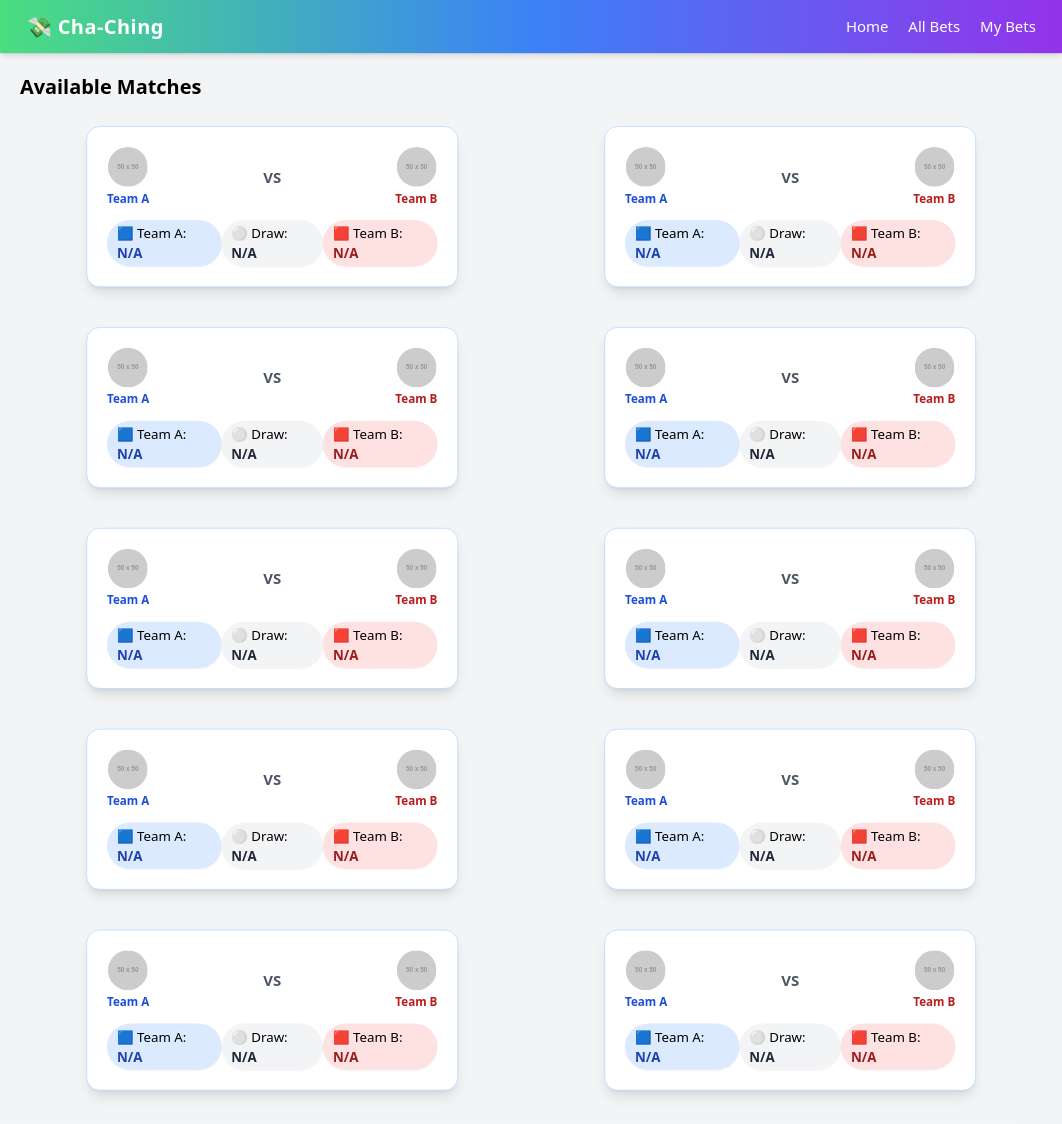
Repository: PEEZYBEE/cha-ching
Page: /bets
An editor plug-in stored every save of this project. The page is shown before and after a run of saves, followed by the edit.
The browser window is 1280 px wide. The pictures show the whole page, at 83% of full size.
The project was rebuilt for these pictures with package versions that can differ from the ones it lists, and the page was loaded fresh each time. Requests to the local data server were answered from the project's data file. Also part of the build but not shown: vite.config.js, src/pages/HomePage.jsx, src/components/BetForm.jsx, src/pages/MyBetsPage.jsx, src/pages/ResultsPage.jsx.

Above is the page before, as saved 2025-04-20 03:20:59.

### index.html
<!doctype html>
<html lang="en">
  <head>
    <meta charset="UTF-8" />
    <link rel="icon" type="image/svg+xml" href="https://i.pinimg.com/236x/50/70/9f/50709f03061276eef65dc2b662e76530.jpg" />
    <meta name="viewport" content="width=device-width, initial-scale=1.0" />
    <title>cha-ching</title>
  </head>
  <body>
    <div id="root"></div>
    <script type="module" src="/src/main.jsx"></script>
  </body>
</html>

### src/main.jsx
import { StrictMode } from "react"
import { createRoot } from "react-dom/client"
import { BrowserRouter } from "react-router-dom"
import App from "./App"
import "./index.css"

createRoot(document.getElementById("root")).render(
  <StrictMode>
    <BrowserRouter>
      <App />
    </BrowserRouter>
  </StrictMode>
)

### src/App.jsx
import { useState } from "react";
import { Routes, Route } from "react-router-dom";
import Navbar from "./components/Navbar";
import HomePage from "./pages/HomePage";
import BetsPage from "./pages/BetsPage";
import MyBetsPage from "./pages/MyBetsPage";
import ResultsPage from "./pages/ResultsPage";
import { ToastContainer } from "react-toastify";
import "react-toastify/dist/ReactToastify.css";


export default function App() {
  const [myBets, setMyBets] = useState([]);

  function handlePlaceBet(bet) {
    setMyBets((prevBets) => [...prevBets, bet]);
  }

  return (
    <div className="min-h-screen bg-gray-100">
      <Navbar />
      <div className="p-6">
        <Routes>
          <Route path="/" element={<HomePage />} />
          <Route path="/bets" element={<BetsPage onPlaceBet={handlePlaceBet} />} />
          <Route path="/my-bets" element={<MyBetsPage myBets={myBets} />} />
          <Route path="/results" element={<ResultsPage />} />
        </Routes>
        <ToastContainer position="top-right" autoClose={3000} />
      </div>
    </div>
  );
}

### src/components/Navbar.jsx
import { Link } from "react-router-dom";
import { motion } from "framer-motion";

export default function Navbar() {
  return (
    <motion.nav
      initial={{ y: -80 }}
      animate={{ y: 0 }}
      transition={{ type: "spring", stiffness: 80 }}
      className="sticky top-0 z-50 bg-gradient-to-r from-green-400 via-blue-500 to-purple-600 backdrop-blur-sm bg-opacity-80 shadow-md"
    >
      <div className="max-w-7xl mx-auto px-4 sm:px-6 lg:px-8 py-4 flex items-center justify-between text-white">
        {/* Logo */}
        <motion.div
          initial={{ rotate: -10 }}
          animate={{ rotate: 0 }}
          transition={{ type: "spring", stiffness: 200 }}
          className="text-2xl font-extrabold tracking-wide"
        >
          💸 Cha-Ching
        </motion.div>

        {/* Links */}
        <div className="flex space-x-6 text-lg font-medium">
          <NavItem to="/" text="Home" />
          <NavItem to="/bets" text="All Bets" />
          <NavItem to="/my-bets" text="My Bets" />
        </div>
      </div>
    </motion.nav>
  );
}

function NavItem({ to, text }) {
  return (
    <motion.div
      whileHover={{ scale: 1.1 }}
      whileTap={{ scale: 0.95 }}
      className="transition-all duration-200"
    >
      <Link
        to={to}
        className="hover:text-yellow-300 hover:underline underline-offset-4"
      >
        {text}
      </Link>
    </motion.div>
  );
}

### src/pages/BetsPage.jsx
import { useState, useEffect } from "react";
import MatchCardFixed from "../components/MatchCardFixed";
import BetForm from "../components/BetForm";

export default function BetsPage() {
  const [games, setGames] = useState([]);
  const [selectedGame, setSelectedGame] = useState(null);

  useEffect(() => {
    fetch("http://localhost:3000/games")
      .then((r) => r.json())
      .then(setGames);
  }, []);

  function handlePlaceBet(game) {
    setSelectedGame(game);
  }

  function handleSubmitBet(newBet) {
    fetch("http://localhost:3000/bets", {
      method: "POST",
      headers: { "Content-Type": "application/json" },
      body: JSON.stringify(newBet)
    })
      .then((r) => r.json())
      .then(() => {
        setSelectedGame(null); // closes form
        alert("Bet submitted successfully!");
      })
      .catch((err) => {
        console.error("Failed to submit bet:", err);
        alert("Something went wrong submitting the bet.");
      });
  }

  return (
    <div>
      <h2 className="text-2xl font-bold mb-4">Available Matches</h2>

      {selectedGame && (
        <BetForm game={selectedGame} onSubmitBet={handleSubmitBet} />
      )}

      <div className="grid grid-cols-1 md:grid-cols-2 gap-4">
        {games.map((game) => (
          <MatchCardFixed key={game.id} match={game} onSelect={handlePlaceBet} />

        ))}
      </div>
    </div>
  );
}

### src/components/MatchCardFixed.jsx
import React from "react";

const placeholderLogo = "https://via.placeholder.com/50";

export default function MatchCardFixed({ match, onSelect }) {
  console.log("MatchCard received:", match); // Debug log

  if (!match || typeof match !== "object") {
    return (
      <div className="p-4 bg-red-100 text-red-700 rounded-xl shadow text-center max-w-md mx-auto my-4">
        ⚠️ Invalid match data
      </div>
    );
  }

  const {
    id,
    team1 = "Team A",
    team2 = "Team B",
    odds = { team1: "N/A", draw: "N/A", team2: "N/A" },
    team1Logo,
    team2Logo,
  } = match;

  return (
    <div
      className="bg-white rounded-2xl p-6 shadow-lg border border-blue-200 transition-all duration-300 hover:scale-105 hover:shadow-xl cursor-pointer max-w-md mx-auto my-4"
      onClick={() => onSelect?.(match)}
    >
      {/* Header */}
      <div className="flex items-center justify-between mb-4">
        {/* Team 1 */}
        <div className="flex flex-col items-center">
          <img
            src={team1Logo || placeholderLogo}
            alt={team1}
            className="w-12 h-12 rounded-full mb-1"
          />
          <p className="text-sm font-semibold text-blue-700">{team1}</p>
        </div>

        {/* VS */}
        <div className="text-lg font-bold text-gray-600">VS</div>

        {/* Team 2 */}
        <div className="flex flex-col items-center">
          <img
            src={team2Logo || placeholderLogo}
            alt={team2}
            className="w-12 h-12 rounded-full mb-1"
          />
          <p className="text-sm font-semibold text-red-700">{team2}</p>
        </div>
      </div>

      {/* Odds */}
      <div className="flex justify-around text-sm sm:text-base">
        <div className="bg-blue-100 px-3 py-1 rounded-full font-medium shadow-sm">
          🟦 {team1}: <span className="font-semibold text-blue-800">{odds.team1}</span>
        </div>
        <div className="bg-gray-100 px-3 py-1 rounded-full font-medium shadow-sm">
          ⚪ Draw: <span className="font-semibold text-gray-800">{odds.draw}</span>
        </div>
        <div className="bg-red-100 px-3 py-1 rounded-full font-medium shadow-sm">
          🟥 {team2}: <span className="font-semibold text-red-800">{odds.team2}</span>
        </div>
      </div>
    </div>
  );
}

### db.json
{
  "games": [
    {
      "id": "1",
      "homeTeam": "Arsenal",
      "homeTeamLogo": "https://upload.wikimedia.org/wikipedia/en/5/53/Arsenal_FC.svg",
      "awayTeam": "Man City",
      "awayTeamLogo": "https://upload.wikimedia.org/wikipedia/en/e/eb/Manchester_City_FC_badge.svg",
      "homeOdds": 2.5,
      "awayOdds": 1.8,
      "drawOdds": 3.1,
      "result": "away"
    },
    {
      "id": "2",
      "homeTeam": "Liverpool",
      "homeTeamLogo": "https://upload.wikimedia.org/wikipedia/en/0/0c/Liverpool_FC.svg",
      "awayTeam": "Chelsea",
      "awayTeamLogo": "https://upload.wikimedia.org/wikipedia/en/c/cc/Chelsea_FC.svg",
      "homeOdds": 2.3,
      "awayOdds": 2,
      "drawOdds": 3.2,
      "result": null
    },
    {
      "id": "3",
      "homeTeam": "Barcelona",
      "homeTeamLogo": "https://upload.wikimedia.org/wikipedia/en/4/47/FC_Barcelona_%28crest%29.svg",
      "awayTeam": "Real Madrid",
      "awayTeamLogo": "https://upload.wikimedia.org/wikipedia/en/5/56/Real_Madrid_CF.svg",
      "homeOdds": 2.7,
      "awayOdds": 2.4,
      "drawOdds": 3,
      "result": "away"
    },
    {
      "id": "4",
      "homeTeam": "Bayern Munich",
      "homeTeamLogo": "https://upload.wikimedia.org/wikipedia/en/1/1f/FC_Bayern_M\u00fcnchen_logo_%282017%29.svg",
      "awayTeam": "Borussia Dortmund",
      "awayTeamLogo": "https://upload.wikimedia.org/wikipedia/commons/6/67/Borussia_Dortmund_logo.svg",
      "homeOdds": 1.9,
      "awayOdds": 2.9,
      "drawOdds": 3.3,
      "result": "draw"
    },
    {
      "id": "5",
      "homeTeam": "PSG",
      "homeTeamLogo": "https://upload.wikimedia.org/wikipedia/en/a/a7/Paris_Saint-Germain_F.C..svg",
      "awayTeam": "Marseille",
      "awayTeamLogo": "https://upload.wikimedia.org/wikipedia/en/f/fd/Olympique_Marseille_logo.svg",
      "homeOdds": 1.8,
      "awayOdds": 3.2,
      "drawOdds": 3.5,
      "result": "home"
    },
    {
      "id": "6",
      "homeTeam": "Inter Milan",
      "homeTeamLogo": "https://upload.wikimedia.org/wikipedia/en/0/05/FC_Internazionale_Milano_2021.svg",
      "awayTeam": "AC Milan",
      "awayTeamLogo": "https://upload.wikimedia.org/wikipedia/commons/d/d0/Logo_of_AC_Milan.svg",
      "homeOdds": 2.1,
      "awayOdds": 2.5,
      "drawOdds": 3.1,
      "result": null
    },
    {
      "id": "7",
      "homeTeam": "Juventus",
      "homeTeamLogo": "https://upload.wikimedia.org/wikipedia/commons/1/15/Juventus_FC_2017_logo.svg",
      "awayTeam": "Napoli",
      "awayTeamLogo": "https://upload.wikimedia.org/wikipedia/commons/2/2d/SSC_Napoli.svg",
      "homeOdds": 2.4,
      "awayOdds": 2.6,
      "drawOdds": 3,
      "result": null
    },
    {
      "id": "8",
      "homeTeam": "Ajax",
      "homeTeamLogo": "https://upload.wikimedia.org/wikipedia/en/7/79/Ajax_Amsterdam.svg",
      "awayTeam": "Feyenoord",
      "awayTeamLogo": "https://upload.wikimedia.org/wikipedia/en/2/2e/Feyenoord_Logo.svg",
      "homeOdds": 2.2,
      "awayOdds": 2.8,
      "drawOdds": 3.4,
      "result": null
    },
    {
      "id": "9",
      "homeTeam": "Man United",
      "homeTeamLogo": "https://upload.wikimedia.org/wikipedia/en/7/7a/Manchester_United_FC_crest.svg",
      "awayTeam": "Tottenham",
      "awayTeamLogo": "https://upload.wikimedia.org/wikipedia/en/b/b4/Tottenham_Hotspur.svg",
      "homeOdds": 2,
      "awayOdds": 2.6,
      "drawOdds": 3.3,
      "result": null
    },
    {
      "id": "10",
      "homeTeam": "Atletico Madrid",
      "homeTeamLogo": "https://upload.wikimedia.org/wikipedia/en/f/f4/Atletico_Madrid_2017_logo.svg",
      "awayTeam": "Sevilla",
      "awayTeamLogo": "https://upload.wikimedia.org/wikipedia/en/3/3c/Sevilla_CF_logo.svg",
      "homeOdds": 2.3,
      "awayOdds": 2.9,
      "drawOdds": 3.1,
      "result": null
    }
  ],
  "bets": [
    {
      "id": "727e",
      "gameId": "1",
      "match": "Arsenal vs Man City",
      "betOn": "Arsenal",
      "amount": 51,
      "odds": 2.5,
      "status": "lost"
    },
    {
      "id": "1ee1",
      "gameId": "2",
      "match": "Liverpool vs Chelsea",
      "betOn": "Chelsea",
      "amount": 61,
      "odds": 2,
      "status": "pending"
    },
    {
      "id": "9ded",
      "gameId": "1",
      "match": "Arsenal vs Man City",
      "betOn": "Arsenal",
      "amount": 55,
      "odds": 2.5,
      "status": "pending"
    },
    {
      "id": "e4a4",
      "gameId": "4",
      "match": "Bayern Munich vs Borussia Dortmund",
      "betOn": "Draw",
      "amount": 10,
      "odds": 3.3,
      "status": "won",
      "notified": true
    },
    {
      "id": "a130",
      "gameId": "5",
      "match": "PSG vs Marseille",
      "betOn": "PSG",
      "amount": 70,
      "odds": 1.8,
      "status": "won",
      "notified": true
    }
  ]
}

Loaded but not shown: src/index.css (common file); tailwind.config.js (common file)

After the next 2 saves:
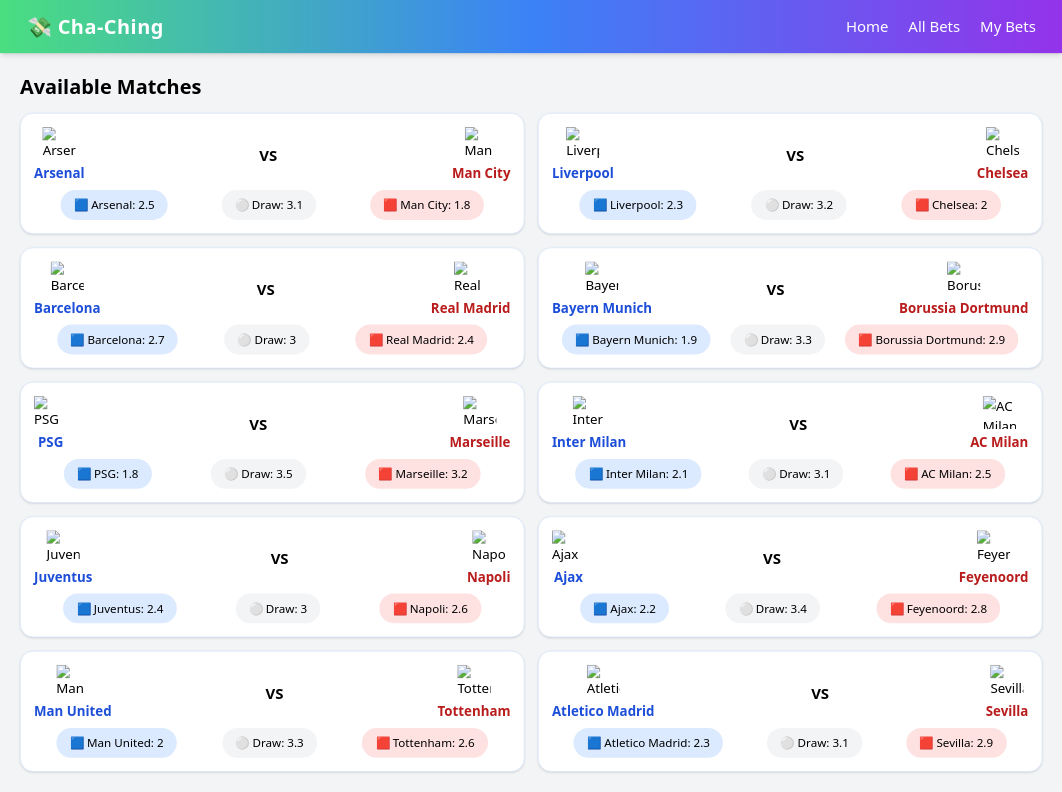
The 2 saves are shown as one change because they came seconds apart.
The last was saved 103 s later.
--- a/src/components/MatchCardFixed.jsx
+++ b/src/components/MatchCardFixed.jsx
@@ -1,69 +1,65 @@
-import React from "react";
-
-const placeholderLogo = "https://via.placeholder.com/50";
-
-export default function MatchCardFixed({ match, onSelect }) {
-  console.log("MatchCard received:", match); // Debug log
-
-  if (!match || typeof match !== "object") {
-    return (
-      <div className="p-4 bg-red-100 text-red-700 rounded-xl shadow text-center max-w-md mx-auto my-4">
-        ⚠️ Invalid match data
-      </div>
-    );
-  }
-
+export default function MatchCardFixed({ match, onPlaceBet }) {
   const {
-    id,
-    team1 = "Team A",
-    team2 = "Team B",
-    odds = { team1: "N/A", draw: "N/A", team2: "N/A" },
-    team1Logo,
-    team2Logo,
+    homeTeam,
+    awayTeam,
+    homeOdds,
+    awayOdds,
+    drawOdds,
+    homeLogo,
+    awayLogo
   } = match;
 
   return (
-    <div
-      className="bg-white rounded-2xl p-6 shadow-lg border border-blue-200 transition-all duration-300 hover:scale-105 hover:shadow-xl cursor-pointer max-w-md mx-auto my-4"
-      onClick={() => onSelect?.(match)}
-    >
-      {/* Header */}
-      <div className="flex items-center justify-between mb-4">
-        {/* Team 1 */}
+    <div className="bg-white rounded-2xl shadow p-4 border border-blue-100 hover:scale-[1.01] transition-all">
+      <div className="flex justify-between items-center mb-2">
         <div className="flex flex-col items-center">
-          <img
-            src={team1Logo || placeholderLogo}
-            alt={team1}
-            className="w-12 h-12 rounded-full mb-1"
-          />
-          <p className="text-sm font-semibold text-blue-700">{team1}</p>
+          <img src={homeLogo} alt={homeTeam} className="w-10 h-10 mb-1" />
+          <span className="text-blue-700 font-semibold">{homeTeam}</span>
         </div>
-
-        {/* VS */}
-        <div className="text-lg font-bold text-gray-600">VS</div>
-
-        {/* Team 2 */}
+        <span className="text-lg font-bold">VS</span>
         <div className="flex flex-col items-center">
-          <img
-            src={team2Logo || placeholderLogo}
-            alt={team2}
-            className="w-12 h-12 rounded-full mb-1"
-          />
-          <p className="text-sm font-semibold text-red-700">{team2}</p>
+          <img src={awayLogo} alt={awayTeam} className="w-10 h-10 mb-1" />
+          <span className="text-red-700 font-semibold">{awayTeam}</span>
         </div>
       </div>
 
-      {/* Odds */}
-      <div className="flex justify-around text-sm sm:text-base">
-        <div className="bg-blue-100 px-3 py-1 rounded-full font-medium shadow-sm">
-          🟦 {team1}: <span className="font-semibold text-blue-800">{odds.team1}</span>
-        </div>
-        <div className="bg-gray-100 px-3 py-1 rounded-full font-medium shadow-sm">
-          ⚪ Draw: <span className="font-semibold text-gray-800">{odds.draw}</span>
-        </div>
-        <div className="bg-red-100 px-3 py-1 rounded-full font-medium shadow-sm">
-          🟥 {team2}: <span className="font-semibold text-red-800">{odds.team2}</span>
-        </div>
+      <div className="flex justify-around text-sm">
+        <button
+          className="bg-blue-100 hover:bg-blue-200 px-4 py-2 rounded-full"
+          onClick={() =>
+            onPlaceBet({
+              ...match,
+              betOn: homeTeam,
+              odds: homeOdds
+            })
+          }
+        >
+          🟦 {homeTeam}: {homeOdds ?? "N/A"}
+        </button>
+        <button
+          className="bg-gray-100 hover:bg-gray-200 px-4 py-2 rounded-full"
+          onClick={() =>
+            onPlaceBet({
+              ...match,
+              betOn: "Draw",
+              odds: drawOdds
+            })
+          }
+        >
+          ⚪ Draw: {drawOdds ?? "N/A"}
+        </button>
+        <button
+          className="bg-red-100 hover:bg-red-200 px-4 py-2 rounded-full"
+          onClick={() =>
+            onPlaceBet({
+              ...match,
+              betOn: awayTeam,
+              odds: awayOdds
+            })
+          }
+        >
+          🟥 {awayTeam}: {awayOdds ?? "N/A"}
+        </button>
       </div>
     </div>
   );
